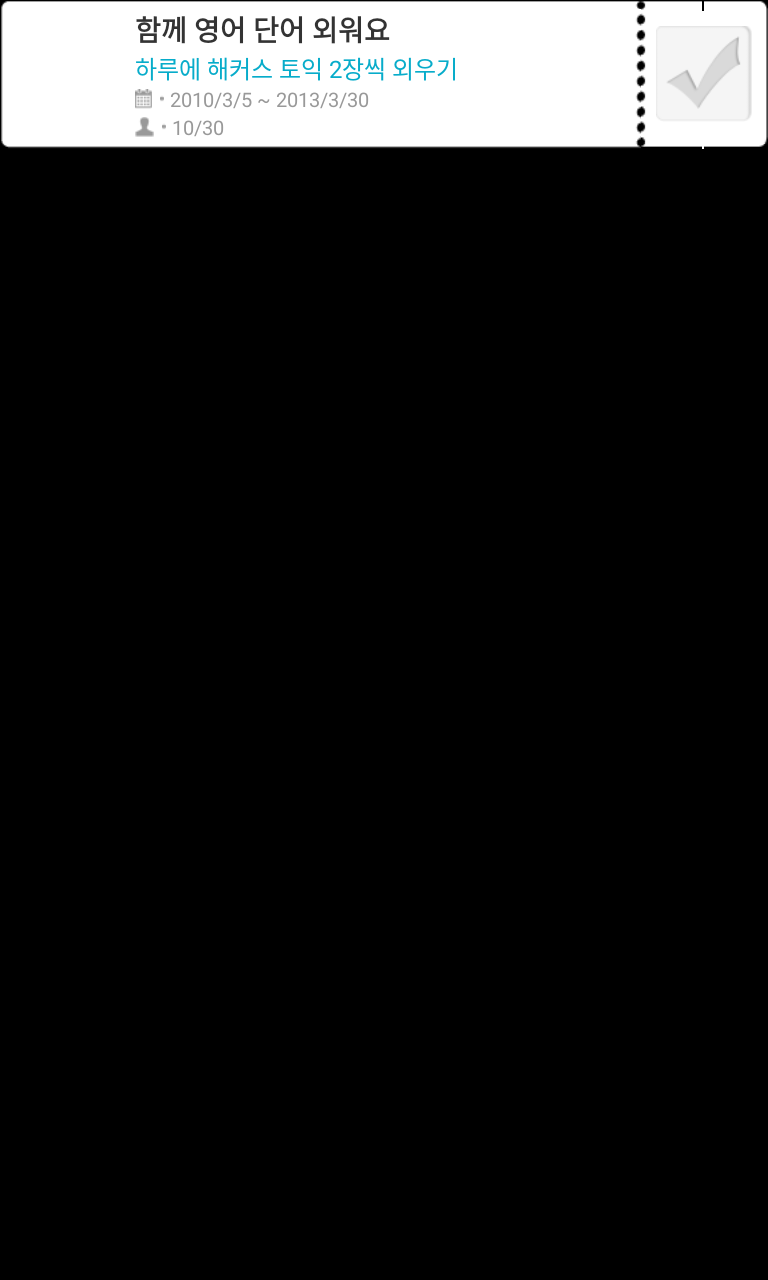
Repository: belhyun/witherest-android
Layout: Witherest/res/layout/mycheck_list_item_row.xml
An editor plug-in stored every save of this project. The layout is shown before and after the next save, followed by the edit.
It is drawn on a 768 x 1280 px phone screen (xhdpi) without system bars, with theme android:Theme.Holo; the app's code is not run.

Above is the layout before, as saved 2013-07-06 09:40:29.

After the next save:
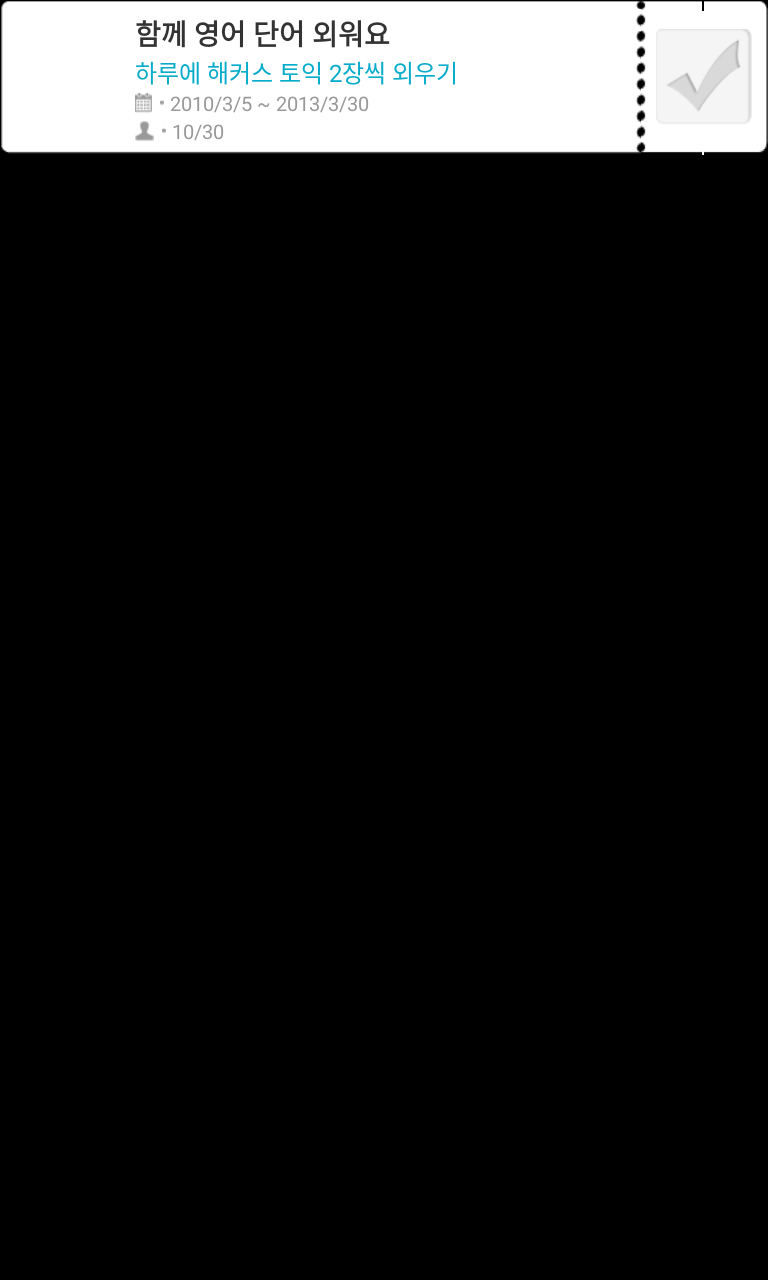
Saved 23 s later.
--- a/Witherest/res/layout/mycheck_list_item_row.xml
+++ b/Witherest/res/layout/mycheck_list_item_row.xml
@@ -19,8 +19,8 @@
             android:layout_toLeftOf="@+id/mycheck_row_right_contaniner"
             android:background="@drawable/mycheck_list_row_on_off"
             android:clickable="true"
-            android:paddingBottom="4dp"
-            android:paddingTop="4dp" >
+            android:paddingBottom="5dp"
+            android:paddingTop="6dp" >
 
             <LinearLayout
                 android:id="@+id/mycheck_row_thumbnail"
